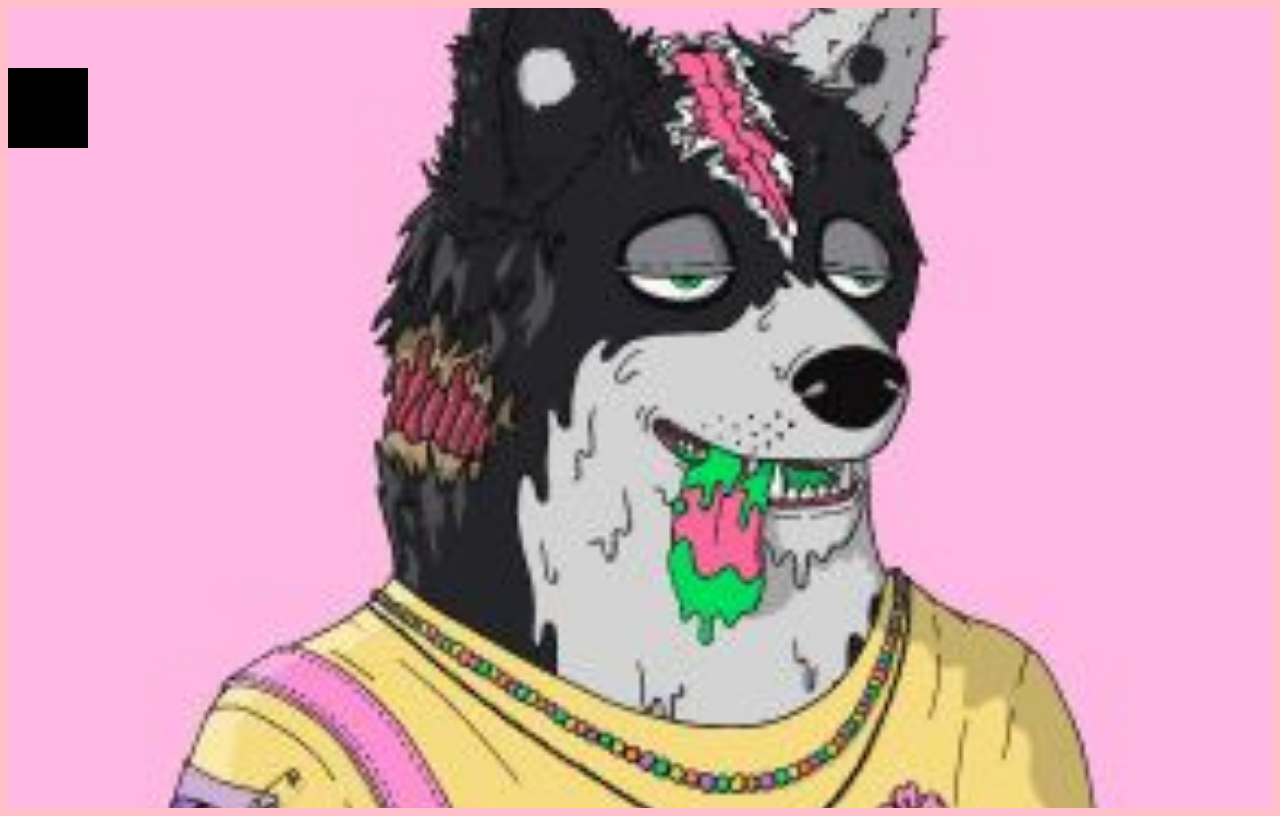
Repository: CSituma/MSCfanArt
Page: index.html
These files come from the project's save history. The page is drawn as it stood at one moment and after the next save; the edit follows.
The browser window is 1280 px wide. The pictures show the whole page.

Above is the page before, as saved 2022-02-18 02:04:18.

### index.html
<!DOCTYPE html>
<html lang="en">
  <head>
    <meta charset="UTF-8" />
    <meta http-equiv="X-UA-Compatible" content="IE=edge" />
    <meta name="viewport" content="width=device-width, initial-scale=1.0" />
    <link rel="stylesheet" href="style.css">
    <title>"STRUCTURE"</title>
  </head>
  <body>
    <div class="MSC">
      <div class="Alpha">
        <div class="Berry"></div>
        <div class="Gaba"></div>
        <div class="LordSlabs"></div>
      </div>
      <div class="HeadMods">
        <div class="Vikingz"></div>
        <div class="Cam"></div>
        <div class="Krmblnuggs"></div>
      </div>

      <div class="Mods">
        <div class="Shucks"></div>
        <div class="Obo"></div>
        <div class="OxyFortuyn"></div>
        <div class="Ali"></div>
        <div class="Cawee"></div>
        <div class="Cheese"></div>
        <div class="Jpegg"></div>
        <div class="Kishu"></div>
        <div class="Noah"></div>
        <div class="Smarter"></div>
        <div class="Ti"></div>
      </div>
    </div>
  </body>
</html>

### style.css
body{
  background-color: pink;
}

.MSC{

  background-color: white;
  width:100%;
  height:800px;
  background: url('./Images/MSC.JPG') center/cover no-repeat;
}

.Alpha{

  background-color: black;
  width:5rem;
  position: relative;
  top:60px;
  height:80px;
}

After the next save:
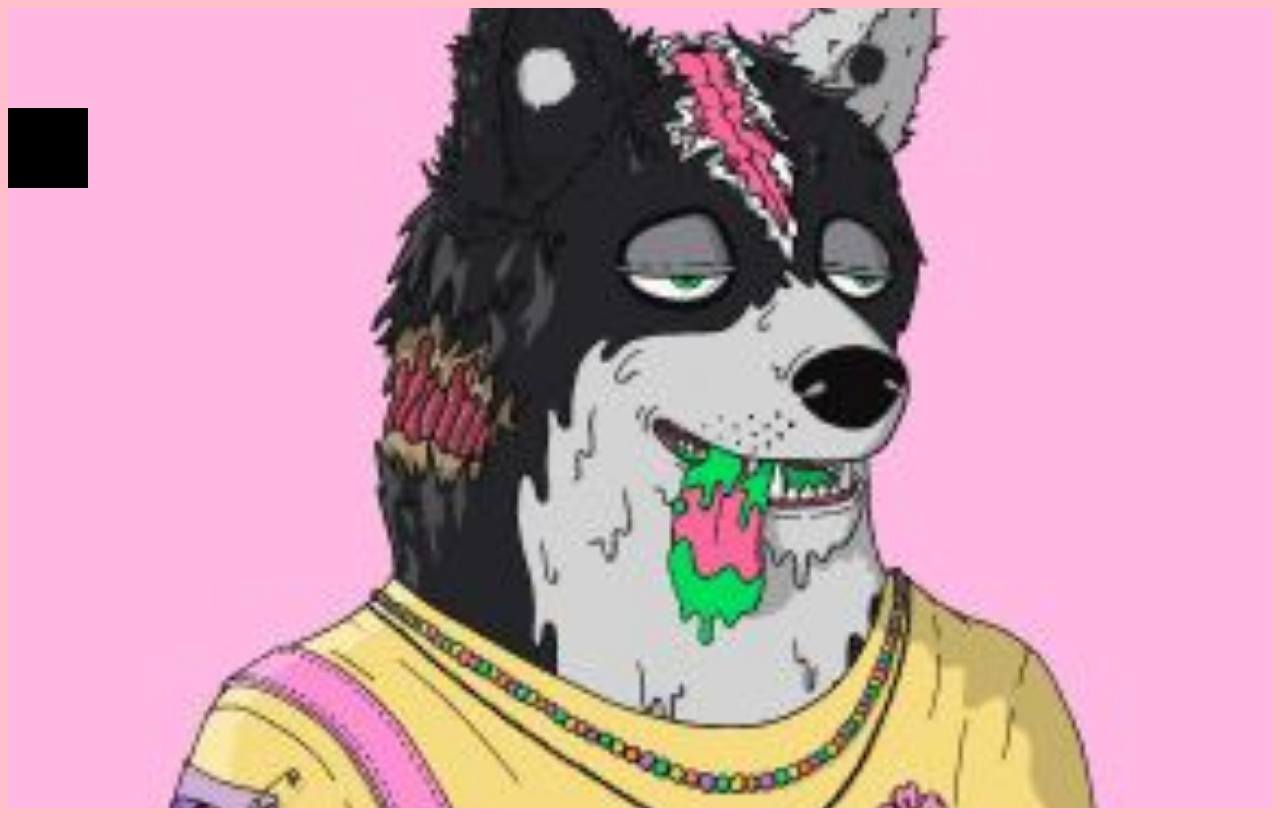
Saved 13 s later.
--- a/style.css
+++ b/style.css
@@ -15,6 +15,6 @@
   background-color: black;
   width:5rem;
   position: relative;
-  top:60px;
+  top:100px;
   height:80px;
 }
